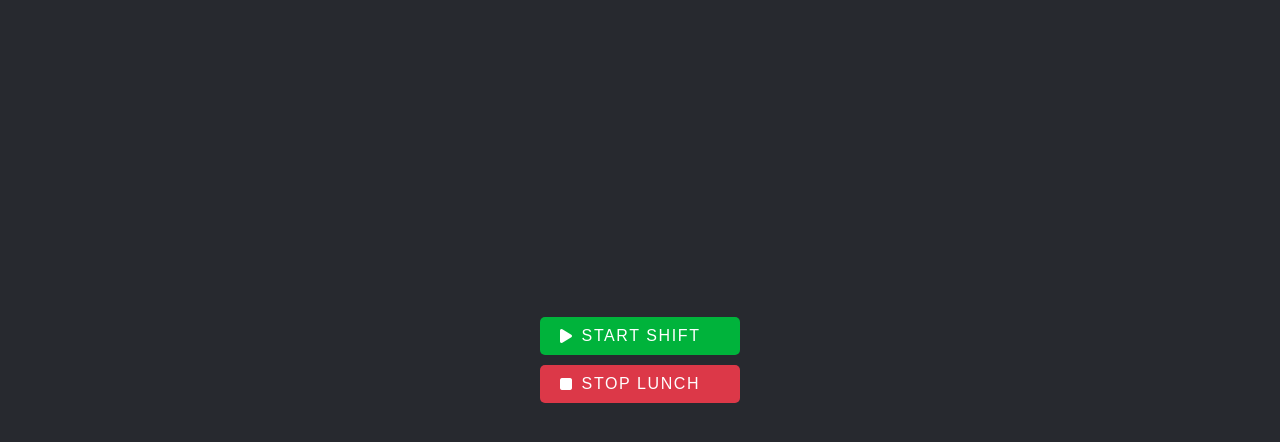
Repository: Philip-Rogers/button-state
Page: experiment.html
An editor plug-in stored every save of this project. The page is shown before and after the next save, followed by the edit.
The browser window is 1280 px wide. The pictures show the whole page.
After loading, the first visible `#lunchButton` was clicked once.

Above is the page before, as saved 2024-08-14 15:16:36.

### experiment.html
<!DOCTYPE html>
<html lang="en">

<head>
    <meta charset="UTF-8">
    <meta name="viewport" content="width=device-width, initial-scale=1.0">
    <title>Shift and Lunch Toggle Buttons</title>
    <link rel="stylesheet" href="index.css">
    <link rel="stylesheet" href="https://cdnjs.cloudflare.com/ajax/libs/font-awesome/6.5.1/css/all.min.css"
        integrity="sha512-DTOQO9RWCH3ppGqcWaEA1BIZOC6xxalwEsw9c2QQeAIftl+Vegovlnee1c9QX4TctnWMn13TZye+giMm8e2LwA=="
        crossorigin="anonymous" referrerpolicy="no-referrer" />
</head>

<body>

    <!-- Container to hold both buttons -->
    <div class="button-container">
        <!-- Shift Button -->
        <button id="shiftButton" class="toggle-button" onclick="toggleShift()">
            <i class="fa fa-play"></i> Start Shift
        </button>

        <!-- Lunch Button -->
        <button id="lunchButton" class="toggle-button" onclick="toggleLunch()">
            <i class="fa fa-utensils"></i> Start Lunch
        </button>
    </div>

    <script>
        let shiftState = 'start'; // Tracks the state of the Shift button
        let lunchState = 'start'; // Tracks the state of the Lunch button

        // Function to toggle the Shift button text and color
        function toggleShift() {
            const shiftButton = document.getElementById('shiftButton');

            if (shiftState === 'start') {
                shiftButton.innerHTML = '<i class="fa fa-stop"></i> Stop Shift';
                shiftButton.style.backgroundColor = 'hsl(354, 70%, 54%)'; // Red for Stop Shift
                shiftState = 'stop';
            } else {
                shiftButton.innerHTML = '<i class="fa fa-play"></i> Start Shift';
                shiftButton.style.backgroundColor = 'hsl(140, 100%, 35%)'; // Green for Start Shift
                shiftState = 'start';
            }
        }

        // Function to toggle the Lunch button text and color
        function toggleLunch() {
            const shiftButton = document.getElementById('shiftButton');
            const lunchButton = document.getElementById('lunchButton');

            if (lunchState === 'start') {
                lunchButton.innerHTML = '<i class="fa fa-stop"></i> Stop Lunch';
                lunchButton.style.backgroundColor = 'hsl(354, 70%, 54%)'; // Red for Stop Lunch

                if (shiftState === 'stop') {
                    shiftButton.style.backgroundColor = 'hsl(205, 100%, 39%)'; // Blue for Stop Shift during Lunch
                }

                lunchState = 'stop';
            } else {
                lunchButton.innerHTML = '<i class="fa fa-utensils"></i> Start Lunch';
                lunchButton.style.backgroundColor = 'hsl(205, 100%, 39%)'; // Blue for Start Lunch

                if (shiftState === 'stop') {
                    shiftButton.style.backgroundColor = 'hsl(354, 70%, 54%)'; // Revert to Red for Stop Shift
                }

                lunchState = 'start';
            }
        }
    </script>

</body>

</html>

### index.css
body {
    background-color: hsl(225, 9%, 17%);
    margin: auto;
    display: flex;
    justify-content: center;
    align-items: center;
    height: 100vh;
    margin: 0;
}

button {
    font-size: 1.25em;
    display: block;
    border-radius: 5px;
    /* background-color: hsl(205, 100%, 39%); */
    background-color: hsl(140, 100%, 35%);
    /* Green for Start Shift */
    color: hsl(354, 70%, 100%);
    padding: 1em 1.25em;
    width: 300px;
    cursor: pointer;
    border: none;
    text-transform: uppercase;
    letter-spacing: 0.1em;
    transition: all .2s ease-in-out;
    /* -webkit-box-reflect: below 10px linear-gradient(transparent, transparent, #0004); */
}


#shiftButton i {
    margin-right: 8px;
}

#shiftButton.stopShift {
    background-color: hsl(354, 70%, 54%);
    /* Red for Stop Shift */
}







/* Container for the buttons to ensure they stack vertically */
.button-container {
    display: flex;
    flex-direction: column;
    align-items: flex-start;
    /* Align buttons to the start of the container */
    gap: 10px;
    /* Space between the buttons */
}

/* Style for the toggle buttons */
.toggle-button {

    background-color: hsl(140, 100%, 35%);
    /* Default green for Start Shift */
    border: none;
    padding: 10px 20px;
    font-size: 16px;
    cursor: pointer;
    display: flex;
    align-items: center;
    width: 200px;
    /* Fixed width for consistency */
}

#lunchButton {
    background-color: hsl(205, 100%, 39%);
    /* Default blue color for Start Lunch */
}

.toggle-button i {
    margin-right: 8px;
}

.toggle-button.stop {
    background-color: hsl(354, 70%, 54%);
    /* Red when in stop state */
}

After the next save:
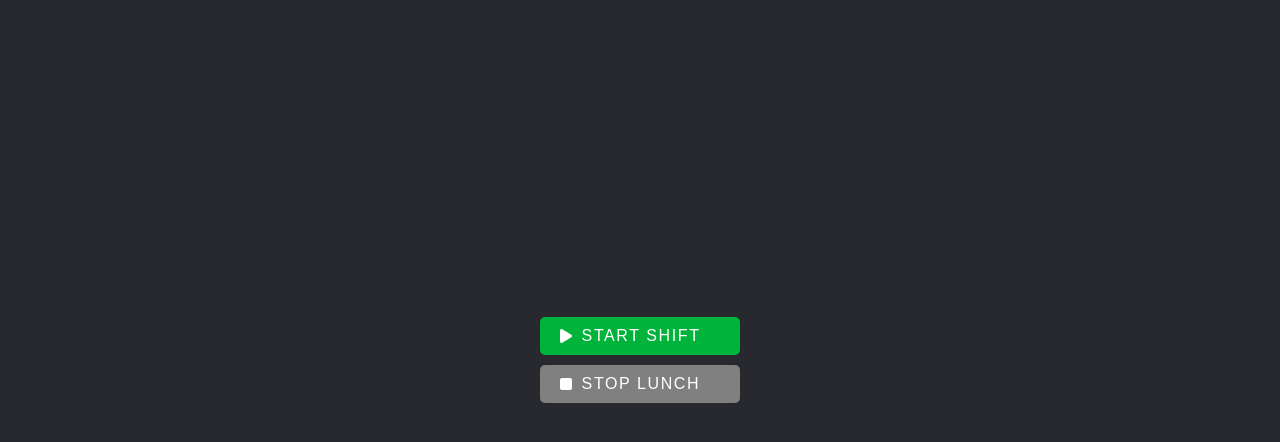
Saved 15 s later.
--- a/experiment.html
+++ b/experiment.html
@@ -47,26 +47,17 @@
 
         // Function to toggle the Lunch button text and color
         function toggleLunch() {
-            const shiftButton = document.getElementById('shiftButton');
             const lunchButton = document.getElementById('lunchButton');
 
             if (lunchState === 'start') {
                 lunchButton.innerHTML = '<i class="fa fa-stop"></i> Stop Lunch';
-                lunchButton.style.backgroundColor = 'hsl(354, 70%, 54%)'; // Red for Stop Lunch
-
-                if (shiftState === 'stop') {
-                    shiftButton.style.backgroundColor = 'hsl(205, 100%, 39%)'; // Blue for Stop Shift during Lunch
-                }
-
+                lunchButton.style.backgroundColor = 'grey'; // Grey for Stop Lunch
+                lunchButton.disabled = true; // Disable the button
                 lunchState = 'stop';
             } else {
                 lunchButton.innerHTML = '<i class="fa fa-utensils"></i> Start Lunch';
                 lunchButton.style.backgroundColor = 'hsl(205, 100%, 39%)'; // Blue for Start Lunch
-
-                if (shiftState === 'stop') {
-                    shiftButton.style.backgroundColor = 'hsl(354, 70%, 54%)'; // Revert to Red for Stop Shift
-                }
-
+                lunchButton.disabled = false; // Enable the button
                 lunchState = 'start';
             }
         }
